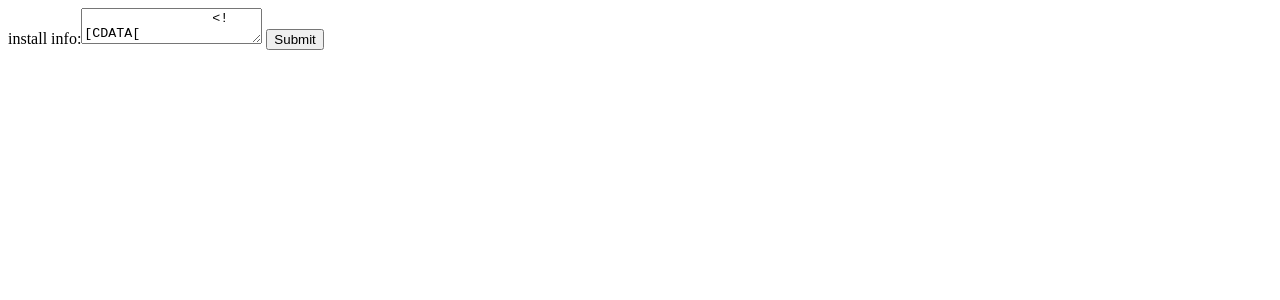
Repository: bleastrind/InternetOS
Page: http://localhost/InternetOS/appinstall.jsp
The author's editor kept a copy of each file at every save. The page is drawn from the files as they stood at one save, then again after the next save.
The browser window is 1280 px wide. The pictures show the whole page.
The page is served by Tomcat 9. Nobody is signed in. The application's start-up code is not run.

Above is the page before, as saved 2011-04-14 14:32:20.

After the next save:
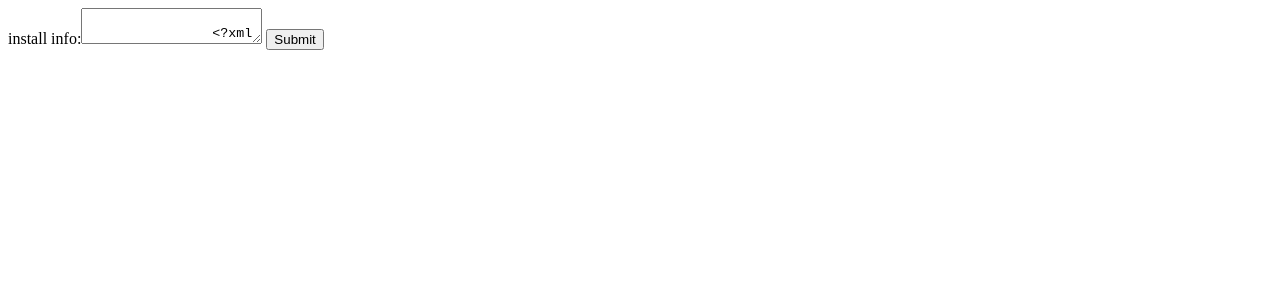
Saved 17 min 18 s later.
--- a/InternetOS/WebContent/appinstall.jsp
+++ b/InternetOS/WebContent/appinstall.jsp
@@ -9,7 +9,7 @@
 <body>
 	<form action="addApp" method="POST">
 		install info:<textarea name="install">
-		<![CDATA[
+
 		<?xml version=\"1.0\" encoding=\"UTF-8\"?>
 		<Application>
 		<Name>Test</Name>
@@ -23,7 +23,6 @@
 		</Listeners>
 	</Application
 
-		]]>
 		</textarea>
 		<input type="submit"/>
 	</form>
